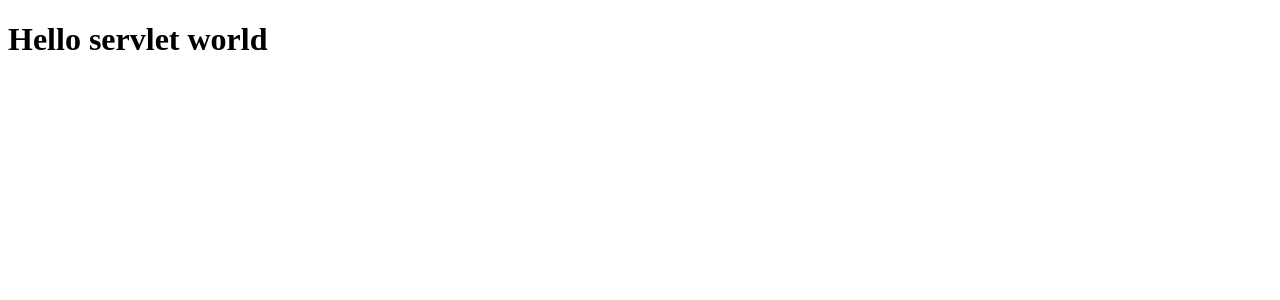
Repository: pcc767/khSchool
Page: dev-source_Servlet/01_ServletBasic/src/main/webapp/index.html
The author's editor kept a copy of each file at every save. The page is drawn from the files as they stood at one save, then again after the next save.
The browser window is 1280 px wide. The pictures show the whole page.

Above is the page before, as saved 2022-07-11 08:55:56.

### dev-source_Servlet/01_ServletBasic/src/main/webapp/index.html
<!DOCTYPE html>
<html>
<head>
<meta charset="UTF-8">
<title>Insert title here</title>
</head>
<body>
	<h1>Hello servlet world</h1>
</body>
</html>

After the next save:
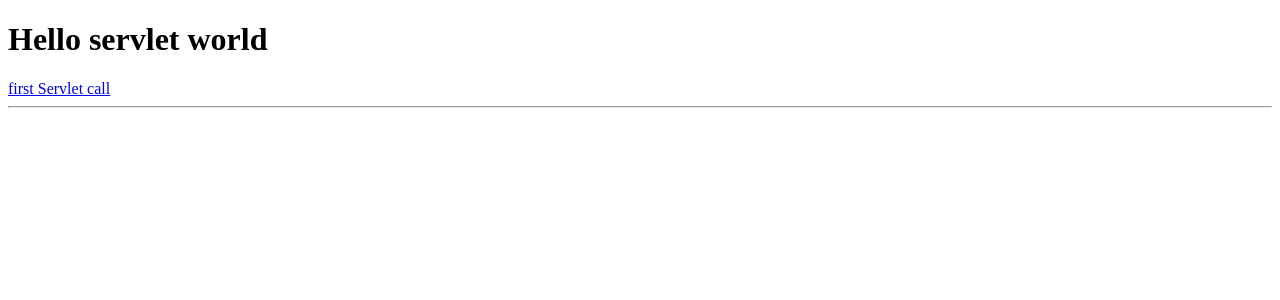
Saved 2 min 2 s later.
--- a/dev-source_Servlet/01_ServletBasic/src/main/webapp/index.html
+++ b/dev-source_Servlet/01_ServletBasic/src/main/webapp/index.html
@@ -6,5 +6,8 @@
 </head>
 <body>
 	<h1>Hello servlet world</h1>
+
+	<a href="first.do">first Servlet call</a>
+	<hr><br>
 </body>
 </html>
